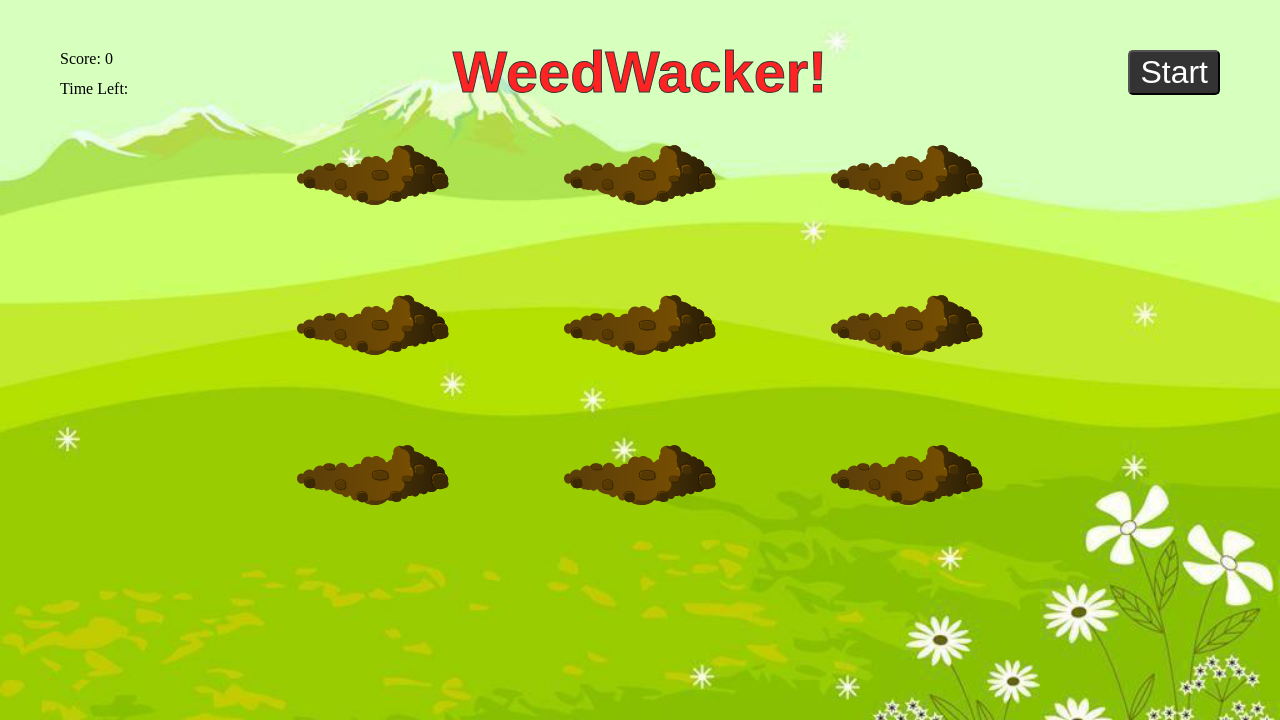
Repository: AustinW24/weedwacker
Page: index.html
The author's editor kept a copy of each file at every save. The page is drawn from the files as they stood at one save, then again after a run of saves.
The browser window is 1280 px wide. The pictures show the whole page.
Some web fonts or font styles are not loaded; a fallback is used.

Above is the page before, as saved 2022-02-11 09:33:29.

### index.html
<!DOCTYPE html>
<html lang="en">
<head>
    <meta charset="UTF-8">
    <meta name="viewport" content="width=device-width, initial-scale=1.0">
    <meta http-equiv="X-UA-Compatible" content="ie=edge">
    <title>WeedWacker</title>
    <link href="http://fonts.cdnfonts.com/css/common-pixel" rel="stylesheet">
    <link rel="stylesheet" href="style.css">
</head>

<body>
    <div class="container">
        <div class="score">Score: 0</div>
        <div class="timer">Time Left: </div>
        <div class="heading">
            <h1 class="title">WeedWacker!</h1>
        </div>
        <div class="start">
            <button onClick="startGame()">Start</button>
        </div>
        <div class="game">
            <div class="hole hole1">
                <div class="plant"></div>
            </div>
            <div class="hole hole2">
                <div class="plant"></div>
            </div>
            <div class="hole hole3">
                <div class="plant"></div>
            </div>
            <div class="hole hole4">
                <div class="plant"></div>
            </div>
            <div class="hole hole5">
                <div class="plant"></div>
            </div>
            <div class="hole hole6">
                <div class="plant"></div>
            </div>
            <div class="hole hole7">
                <div class="plant"></div>
            </div>
            <div class="hole hole8">
                <div class="plant"></div>
            </div>
            <div class="hole hole9">
                <div class="plant"></div>
            </div>
        </div>
    </div>
            <script src="main.js"></script>
</body>
</html>

### style.css
html {
    box-sizing: border-box;
    margin: 0 auto;
}

*,
*:before,
*:after {
    box-sizing: inherit;
}

body {
    margin: 0;
    padding: 0;
}

.container {
    height: 100vh;
    width: 100vw;
    background: url("/assets/wwbackground.png") no-repeat center;
    background-size: 100%;
    display: flex;
    align-items: center;
    justify-content: center;
    position: relative;
}

.hole {
   flex: 1 0 33.33%;
   overflow: hidden;
   position: relative;
   margin-top: 10px;
}

.hole::after {
    display: block;
    background: url("/assets/dirt.svg") bottom center no-repeat;
    background-size: contain;
    content: '';
    position: absolute;
    width: 100%;
    height: 60px;

}

.game {
    display: flex;
    flex-wrap: wrap;
    width: 800px;
    height: 450px;
    margin: 0 auto;
}


button {
    font-size: 2rem;
    cursor: pointer;
    background: #333;
    color: #fff;
    border-radius: 5px;
    padding: 2px 10px 2px 10px;
}

.heading {
    display: flex;
    position: absolute;
    top: 0;
    margin-top: 0%;
    font-family: 'Common Pixel', sans-serif;
    color: rgb(255, 35, 35);
    font-size: 2vw;
    font-size: 4vh;
    -webkit-text-stroke-width: 1px;
    -webkit-text-stroke-color: rgb(53, 53, 53);
}

.score {
    left: 0;
    position: absolute;
    top: 0;
    margin-top: 50px;
    margin-left: 60px;
}

.start {
    right: 0;
    position: absolute;
    top: 0;
    margin-top: 50px;
    margin-right: 60px;
}

.timer {
    left: 0;
    position: absolute;
    top: 0;
    margin-top: 80px;
    margin-left: 60px;
}

### main.js
const holes = document.querySelectorAll('.hole');
const scoreBoard = document.querySelector('.score');
const plants = document.querySelectorAll('.plant');
const start = document.querySelector('.start');
const timer = document.querySelector('.timer');
let lastHole;
let timeUp = false;
let score = 0;
let currentTime = 10;

Loaded but not shown: assets/dirt.svg (40 lines, source omitted)

After the next 2 saves:
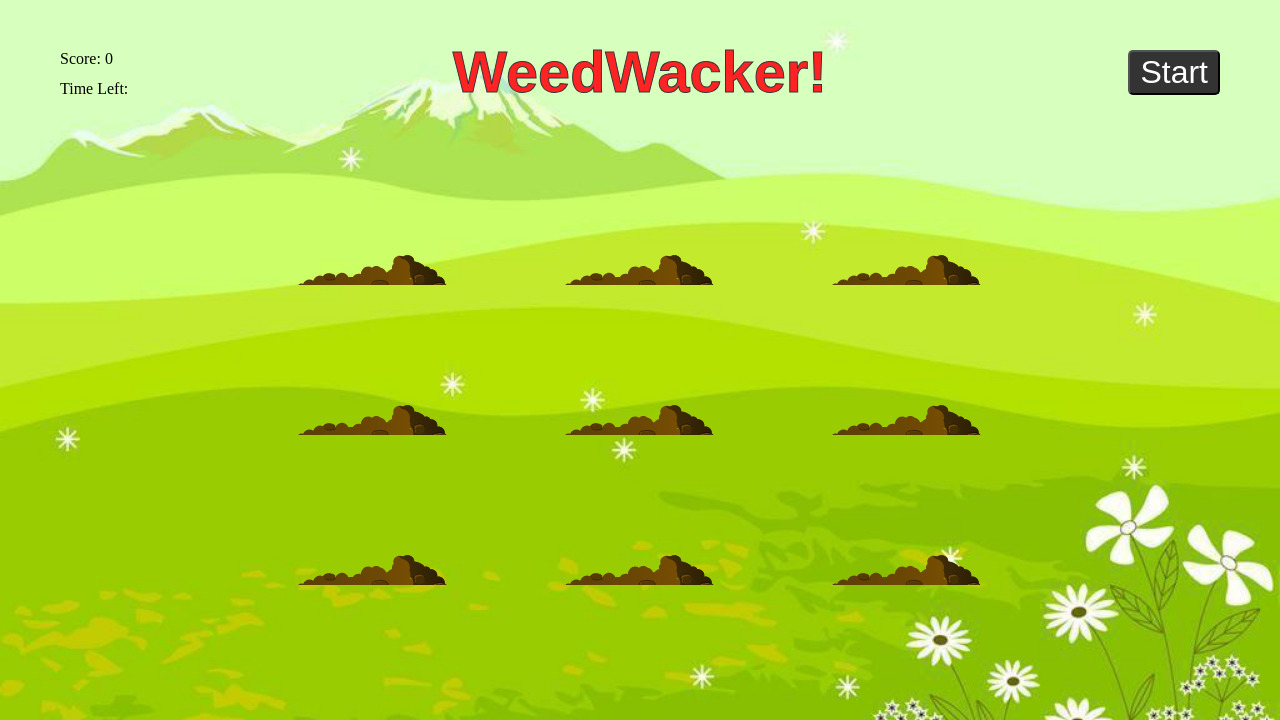
The 2 saves are shown as one change because they came seconds apart.
The last was saved 10 s later.
--- a/style.css
+++ b/style.css
@@ -40,7 +40,7 @@ body {
     position: absolute;
     width: 100%;
     height: 60px;
-
+    bottom: -30px;
 }
 
 .game {
